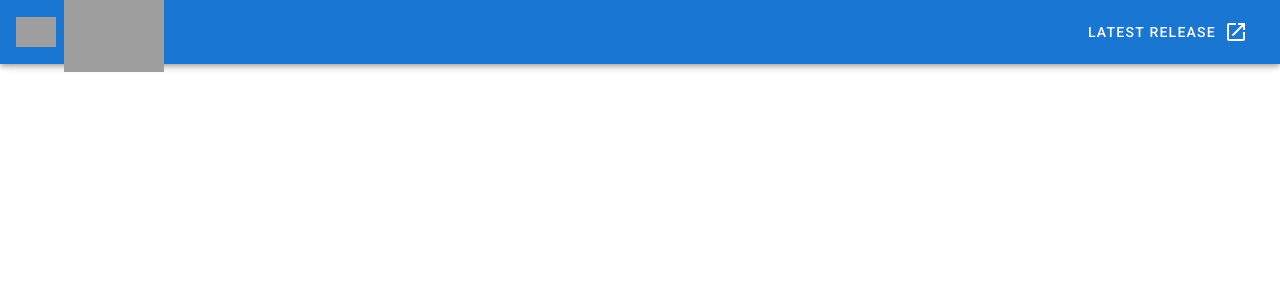
Repository: jeffersontads/project-vuejs
Page: /#/crud
These files come from the project's save history. The page is drawn as it stood at one moment and after the next save; the edit follows.
The browser window is 1280 px wide. The pictures show the whole page.
Pictures or frames that could not be fetched are drawn as grey boxes. The project was rebuilt for these pictures with package versions that can differ from the ones it lists, and the page was loaded fresh each time. Also part of the build but not shown: vue.config.js, src/views/Home.vue, src/views/Crud.vue.

Above is the page before, as saved 2021-10-29 14:26:48.

After the next save:
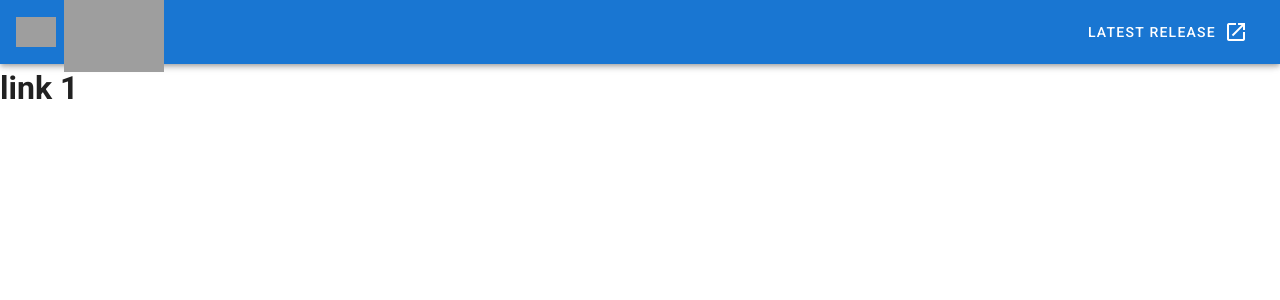
Saved 20 s later.
--- a/src/App.vue
+++ b/src/App.vue
@@ -38,7 +38,7 @@
     </v-app-bar>
 
     <v-main>
-
+     <h1>link 1</h1>
     </v-main>
   </v-app>
 </template>
